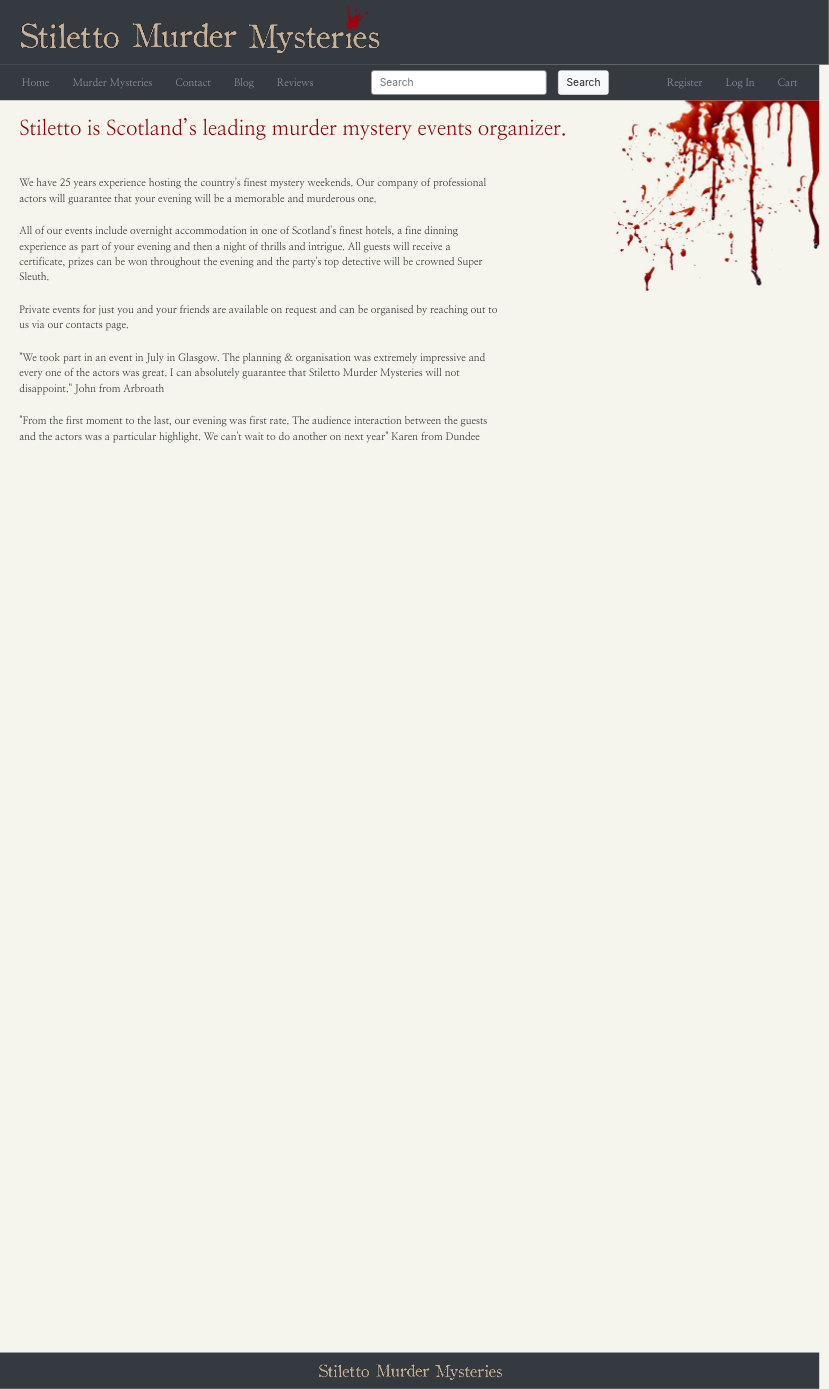
Repository: TaylorD1982/murder-milestone
Page: templates/base.html
The author's editor kept a record of every edit. The page is drawn from the files as they stood at one moment, then again after the next edit.
The browser window is 1280 px wide. The page is 1295 px wide, so the pictures cover 1295 px, including what lies to the right of the window. The pictures show the whole page, at 64% of full size.
Some icons come from a web library that is not loaded, so they are not drawn. Some web fonts or font styles are not loaded; a fallback is used. Some web libraries are served in a nearby version. The template is drawn by Django 2.2. The application's start-up code is not run. The template is opened directly, without the code that normally fills it, so the values that code supplies are empty.

Above is the page before.
Console error (its wording comes from the project's code and is left out).

After the next edit:
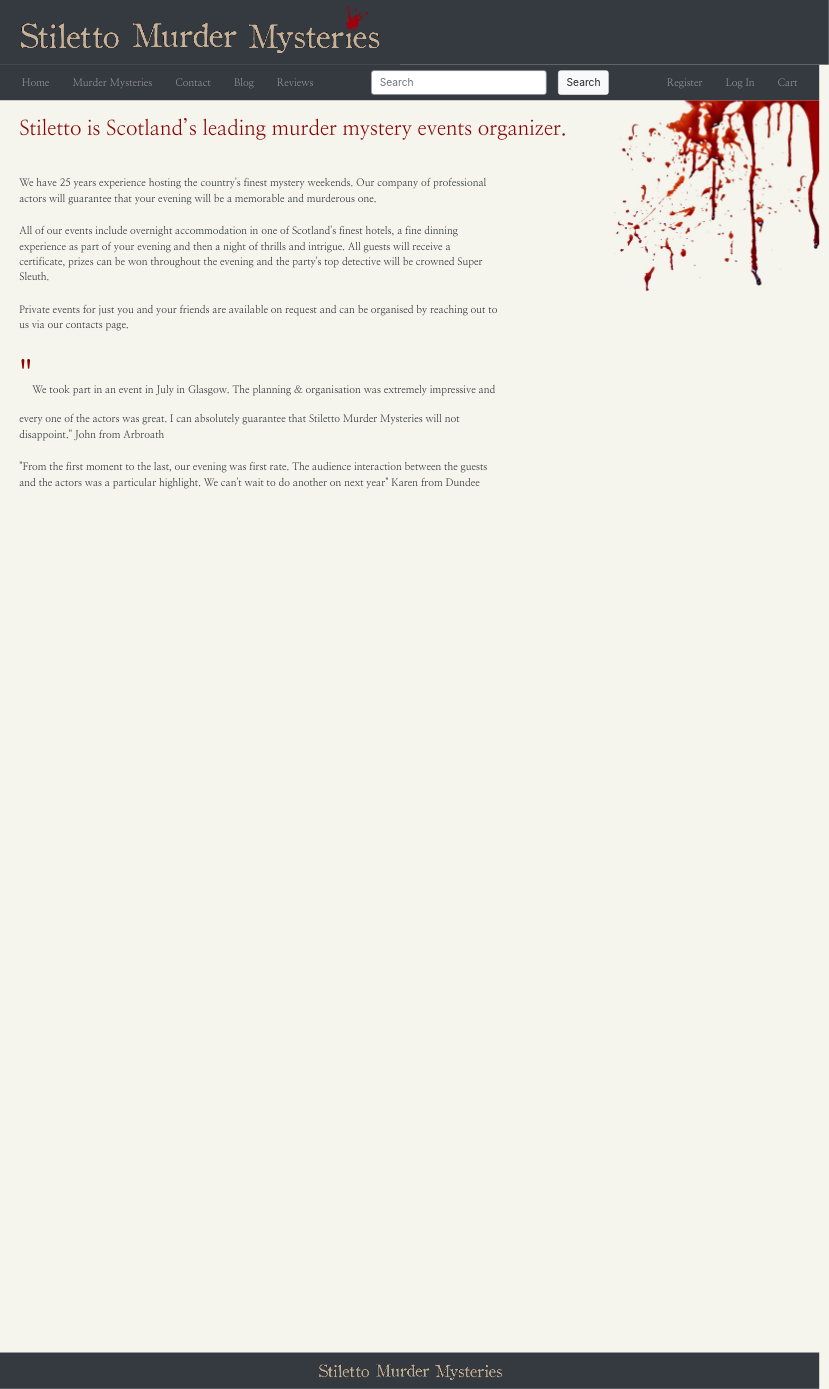
The edit:
--- a/templates/base.html
+++ b/templates/base.html
@@ -129,7 +129,7 @@
                 a certificate, prizes can be won throughout the evening and the party's top detective will be crowned Super Sleuth.</p>
                 <p class="home-content">Private events for just you and your friends are available on request and can be organised
                 by reaching out to us via our contacts page.</p>
-                <p class="home-content">"We took part in an event in July in Glasgow.  The planning & organisation was extremely
+                <p class="home-content"><text class="quote">"</text>We took part in an event in July in Glasgow.  The planning & organisation was extremely
                 impressive and every one of the actors was great. I can absolutely guarantee that Stiletto Murder Mysteries will not
                 disappoint." John from Arbroath</p>
                 <p class="home-content">"From the first moment to the last, our evening was first rate. The audience interaction
